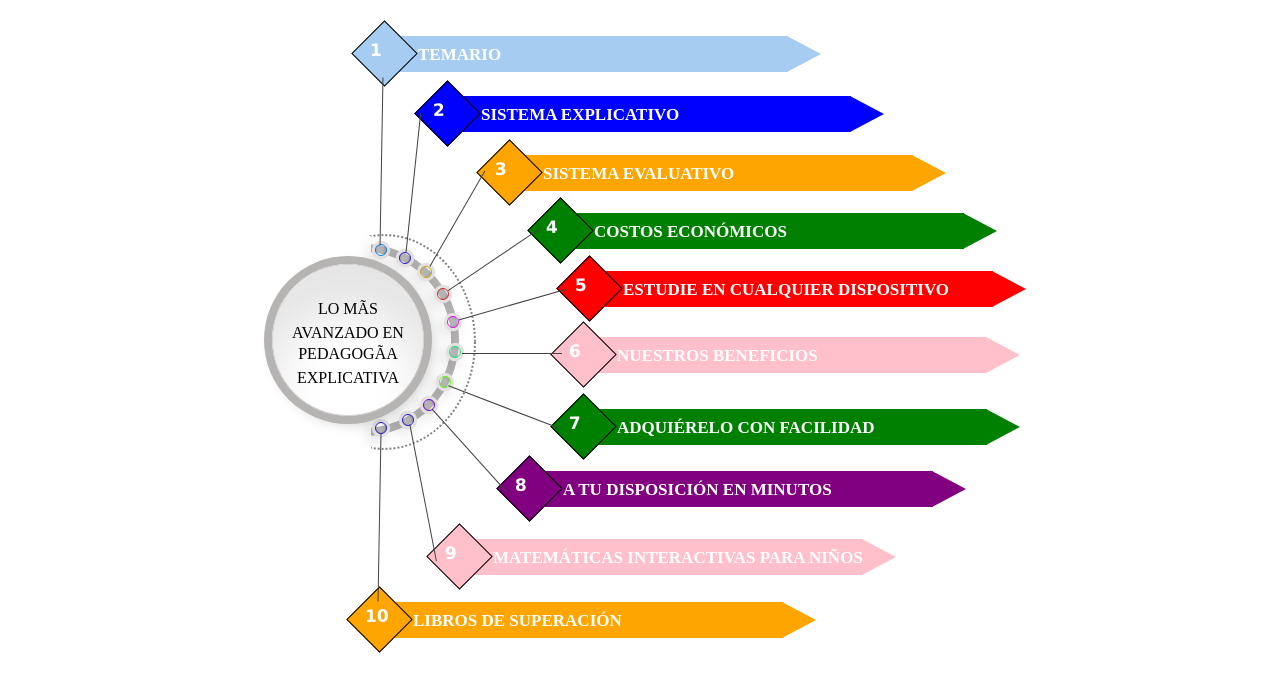
Repository: jennymoreno94/Menu
Page: index.html
An editor plug-in stored every save of this project. The page is shown before and after the next save, followed by the edit.
The browser window is 1280 px wide. The pictures show the whole page.

Above is the page before, as saved 2021-08-01 23:03:54.

### index.html
<!DOCTYPE html>
<html lang=”en”>

<head>
  <link rel="stylesheet" href="estilo.css">
  <meta charset=”UTF-8″ />
  <title>Menu</title>
</head>
<body>
  <container>
    <div class="circulo-completo">
      <div class="circle-menu">
        <p>LO MÁS AVANZADO EN PEDAGOGÍA EXPLICATIVA</p>
      </div>
      <div id="circulo" class="circle-menus derecha"></div>
    </div>
    <div class="circle-punto derecha"> </div>
  </container>
</body>
<script type="text/javascript" src="menu.js"></script>

</html>

### estilo.css


.circulo-completo {
    margin: 250px;
}

.circle-menu {
    position: relative;
    width: 150px;
    height: 150px;
    border: 1px solid rgb(211, 208, 208);
    border-radius: 50%;
    box-shadow: inset 0 3em 3em rgba(0, 0, 0, 0.1), 0 0 0 0.5rem rgb(182, 179, 179), 0.3em 0.3em 1em rgba(0, 0, 0, 0.3);
    float: left;
    z-index: 7;
    margin: 14px;
}

p {
    padding: 1rem;
    text-align: center;
}

.circle-menus {
    position: relative;
    background-color: gray;
    width: 180px;
    height: 180px;
    border-radius: 50% 50%;
    margin-left: -165px;
    float: left;
    z-index: 6;
}

.circle-menus::before {
    position: absolute;
    content: "";
    top: 1%;
    left: 1%;
    background-color: #fff;
    height: 98%;
    width: 98%;
    border-radius: 50% 50%;
    box-shadow: inset 0 3em 3em rgb(255, 255, 255), 0 0 0 0.5rem rgb(182, 179, 179), 0.3em 0.3em 1em rgb(255, 255, 255);
}

.circle-menus::after {
    position: absolute;
    content: "";
    height: 50%;
    background-color: rgb(255, 255, 255);
    border: 1px solid #fff;
    top: 50%;
    left: 0;
    width: 100%;
    box-shadow: inset 0 3em 3em rgb(255, 255, 255), 0 0 0 0.5rem rgb(255, 255, 255), 0.3em 0.3em 1em rgb(255, 255, 255);
}

.circle-menus.derecha {
    transform: rotate(90deg);
}

.circulo-pequeno {
    position: relative;
    width: 10px;
    height: 10px;
    border-radius: 50%;
    box-shadow: inset 0 0.1rem 0.1rem rgba(0, 0, 0, 0.1), 0 0 0 0.2rem rgb(229, 224, 224), 0.3em 0.3em 1em rgba(0, 0, 0, 0.3);
    float: left;
    z-index: 5;
}

.num1 {
    border: 1px solid rgb(10 124 241);
    margin: 66px 0px 48px -6px;
}

.num::after {
    height: 1px;
    background-color: red;
}

.num2 {
    border: 1px solid rgb(32 20 212);
    margin: 42px 0px 0px -4px;
}

.num3 {
    border: 1px solid rgb(190 169 26);
    margin: 21px 0px 0px 2px;
}

.num4 {
    border: 1px solid rgb(200 41 41);
    margin: 4px 0px 0px 10px;
}

.num5 {
    border: 1px solid rgb(222 19 235);
    margin: -6px 0px 0px 16px;
}

.num6 {
    border: 1px solid rgb(18 235 115);
    margin: -8px 0px 0px 18px;
}

.num7 {
    border: 1px solid rgb(89 249 20);
    margin: 2px 0px 0px 18px;
}

.num8 {
    border: 1px solid rgb(100 3 225);
    margin: 18px 0px 0px 11px;
}

.num9 {
    border: 1px solid rgb(32 20 212);
    margin: 39px -1px 0px 3px;
}

.num10 {
    border: 1px solid rgb(32 20 212);
    margin: 66px -14px 0px -3px;
}

.circle-punto {
    position: relative;
    width: 212px;
    height: 180px;
    border-radius: 50% 50%;
    margin-left: -177px;
    border: 2px dotted gray;
    float: left;
    z-index: 4;
}

.circle-punto::before {
    position: absolute;
    content: "";
    top: 1%;
    left: 1%;
    background-color: #fff;
    height: 98%;
    width: 98%;
    border-radius: 50% 50%;
}

.circle-punto::after {
    position: absolute;
    content: "";
    height: 50%;
    background-color: rgb(255, 255, 255);
    border: 1px dotted #fff;
    top: 57%;
    left: 0;
    width: 100%;
}

.circle-punto.derecha {
    transform: rotate(90deg);
}

.boton-agrupado {
    position: relative;
    float: left;
    z-index: 3;
}

.button-href {
    position: relative;
    width: 400px;
    height: 36px;
    background: white;
    display: inline-block;
    color: black;
    text-decoration: none;
    z-index: -1;

}

.flecha {
    position: absolute;
    content: "";
    border-left: 34px solid white;
    border-top: 18px solid transparent;
    border-bottom: 18px solid transparent;
    margin-left: -1px;
}

.texto {
    margin-left: 30px;
    margin-top: 9px;
    font-size: 17px;
    color: white;

}

.btn1 {
    transform: translateY(-268px) translateX(-391px) rotate(630deg);
}

.btn2 {
    transform: translateY(-307px) translateX(-339px) rotate(630deg);
}

.btn3 {
    transform: translateY(-348px) translateX(-294px) rotate(630deg);
}

.btn4 {
    transform: translateY(-382px) translateX(-258px) rotate(630deg);
}

.btn5 {
    transform: translateY(-401px) translateX(-228px) rotate(630deg);
}

.btn6 {
    transform: translateY(-393px) translateX(-192px) rotate(630deg);
}

.btn7 {
    transform: translateY(-403px) translateX(-150px) rotate(630deg);
}

.btn8 {
    transform: translateY(-365px) translateX(-111px) rotate(630deg);
}

.btn9 {
    transform: translateY(-316px) translateX(-58px) rotate(630deg);
}

.btn10 {
    transform: translateY(-263px) translateX(-3px) rotate(630deg);
}

.linea {
    position: relative;
    width: 112px;
    height: 47px;
    border-bottom: 1px solid rgb(68, 66, 66);
    float: left;
    z-index: 4;
}

.linea::after {
    position: relative;
    width: 10px;
    height: 10px;
    border-radius: 50%;
    box-shadow: inset 0 0.1rem 0.1rem rgb(0 0 0 / 10%), 0 0 0 0.2rem rgb(229 224 224), 0.3em 0.3em 1em rgb(0 0 0 / 30%);
    float: left;
}

.linea1 {
    transform: translateY(4px) translateX(-168px) rotate(181deg);
    width: 168px;
}

.linea2 {
    transform: translateY(-4px) translateX(-143px) rotate(186deg);
    width: 140px;
}

.linea3 {
    transform: translateY(-30px) translateX(-115px) rotate(210deg);
    width: 110px;
}

.linea4 {
    transform: translateY(-57px) translateX(-105px) rotate(236deg);
}

.linea5 {
    transform: translateY(-72px) translateX(-91px) rotate(254deg);
}

.linea6 {
    transform: translateY(-76px) translateX(-67px) rotate(270deg);
    width: 100px;
}

.linea7 {
    transform: translateY(-86px) translateX(-51px) rotate(291deg);
    width: 118px;
}

.linea8 {
    transform: translateY(-77px) translateX(-21px) rotate(318deg);
}

.linea9 {
    transform: translateY(-11px) translateX(12px) rotate(169deg);
    width: 140px;
}

.linea10 {
    transform: translateY(-41px) translateX(11px) rotate(361deg);
    width: 168px;
}

.text {
    border-radius: 4px;
    font-family: Verdana;
    color: white;
    position: relative;
    overflow: hidden;
    padding: 4px;
    top: 37%;
    transform: translateY(-111%) rotate( 314deg);
    font-size: 17px;
    text-transform: uppercase;
}

.rombo {
    position: absolute;
    content: "";
    width: 45px;
    height: 45px;
    background: white;
    -webkit-transform: rotate(45deg);
    -moz-transform: rotate(45deg);
    -ms-transform: rotate(45deg);
    -o-transform: rotate(45deg);
    transform: rotate(45deg);
    border: 1px solid;
    margin-left: -27px;
    margin-top: -6px;
    z-index: 1;
}

### menu.js
let circulo = document.getElementById("circulo");

function Menu() {
    for (i = 0; i < 10 ; i++ ) {
        let circuloPequeno = document.createElement("div")
        circuloPequeno.classList.add("circulo-pequeno")
        circuloPequeno.classList.add(`num${i+1}`)

        let linea = document.createElement("div")
        linea.classList.add("linea")
        linea.classList.add(`linea${i+1}`)

        let boton = document.createElement("div")
        boton.classList.add("boton-agrupado")
        boton.classList.add(`btn${i+1}`)

        let color=cambiocolor(i+1)

        let spanRombo =document.createElement("span")
        spanRombo.classList.add("rombo")
        spanRombo.classList.add(`span${i+1}`)
        spanRombo.style.setProperty(`background`, color);

        let h3Rombo =document.createElement("h3")
        h3Rombo.classList.add("text")

        let link =document.createElement("a")
        link.classList.add("button-href")
        link.classList.add(`color${i+1}`)
        link.style.setProperty(`background`, color);

        let span =document.createElement("span")
        span.classList.add("flecha")
        span.classList.add(`span${i+1}`)
        span.style.setProperty(`border-left`,`34px solid ${color}`);

        let h3 =document.createElement("h3")
        h3.classList.add("texto")
        let textoFinal = texto(i+1)

        circulo.appendChild(circuloPequeno)
        circuloPequeno.appendChild(linea)
        circuloPequeno.appendChild(boton)
        boton.appendChild(spanRombo)
        boton.appendChild(link)
        boton.appendChild(span)
        link.appendChild(h3)
        spanRombo.appendChild(h3Rombo)
        h3.append(textoFinal);
        h3Rombo.append(i+1);
    }
}


function texto(num) {
    let texto = ''
    switch (num) {
        case 1: texto='TEMARIO'
        break;
        case 2: texto='SISTEMA EXPLICATIVO'
        break;
        case 3: texto='SISTEMA EVALUATIVO'
        break;
        case 4: texto='COSTOS ECONÓMICOS'
        break;
        case 5: texto='ESTUDIE EN CUALQUIER DISPOSITIVO'
        break;
        case 6: texto='NUESTROS BENEFICIOS'
        break;
        case 7: texto='ADQUIÉRELO CON FACILIDAD'
        break;
        case 8: texto='A TU DISPOSICIÓN EN MINUTOS'
        break;
        case 9: texto='MATEMÁTICAS INTERACTIVAS PARA NIÑOS'
        break;
        case 10: texto='LIBROS DE SUPERACIÓN'
        break;
    }
    return texto
}

function cambiocolor(num) {
    let color = ''
    switch (num) {
        case 1: color='rgb(166, 205, 241)'
        break;
        case 2: color='blue'
        break;
        case 3: color='orange'
        break;
        case 4: color='green'
        break;
        case 5: color='red'
        break;
        case 6: color='pink'
        break;
        case 7: color='green'
        break;
        case 8: color='purple'
        break;
        case 9: color='pink'
        break;
        case 10: color='orange'
        break;
    }
    return color
}




document.onload = Menu()

After the next save:
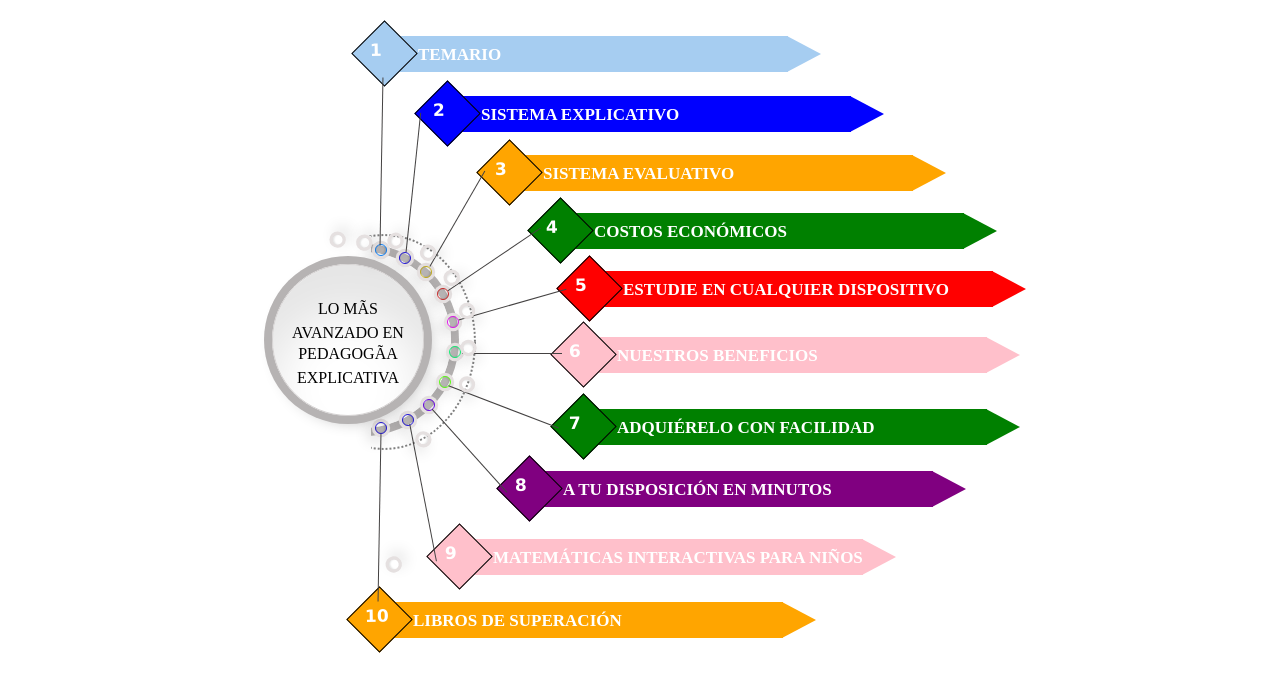
Saved 45 s later.
--- a/estilo.css
+++ b/estilo.css
@@ -247,12 +247,14 @@
 }
 
 .linea::after {
-    position: relative;
+    position: absolute;
+    content: "";
     width: 10px;
     height: 10px;
     border-radius: 50%;
     box-shadow: inset 0 0.1rem 0.1rem rgb(0 0 0 / 10%), 0 0 0 0.2rem rgb(229 224 224), 0.3em 0.3em 1em rgb(0 0 0 / 30%);
     float: left;
+
 }
 
 .linea1 {

After the save that followed:
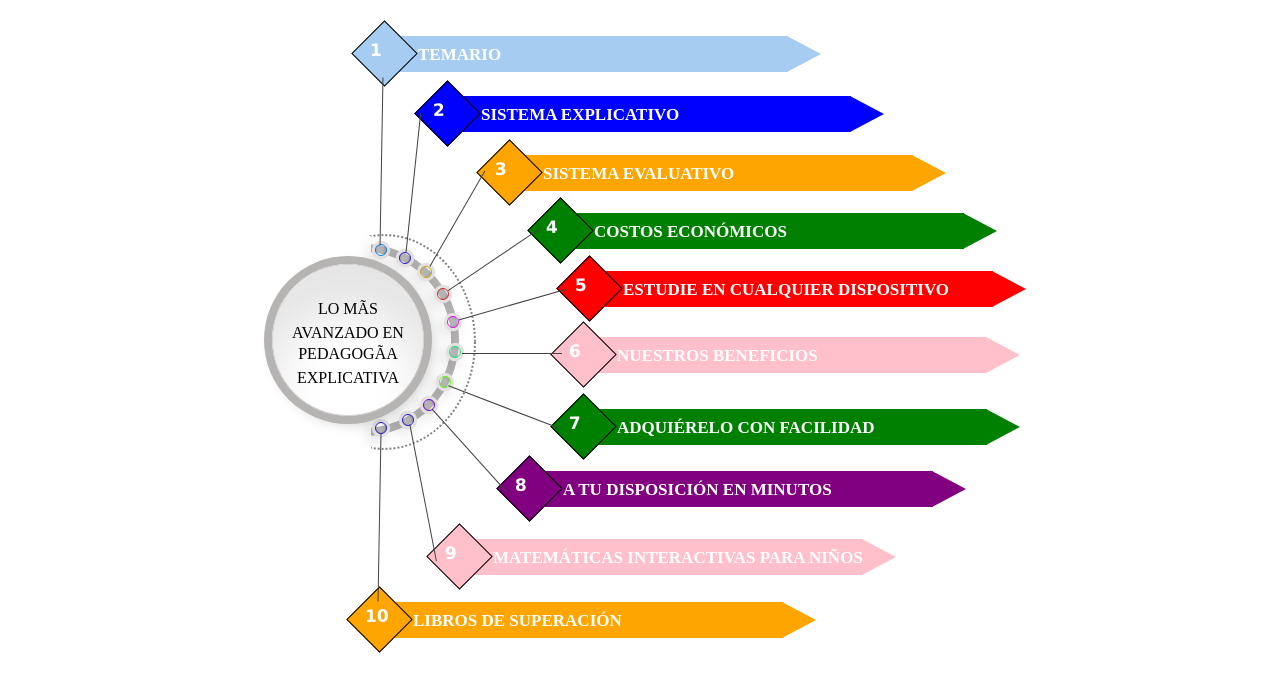
Saved 12 s later.
--- a/estilo.css
+++ b/estilo.css
@@ -252,7 +252,6 @@
     width: 10px;
     height: 10px;
     border-radius: 50%;
-    box-shadow: inset 0 0.1rem 0.1rem rgb(0 0 0 / 10%), 0 0 0 0.2rem rgb(229 224 224), 0.3em 0.3em 1em rgb(0 0 0 / 30%);
     float: left;
 
 }
